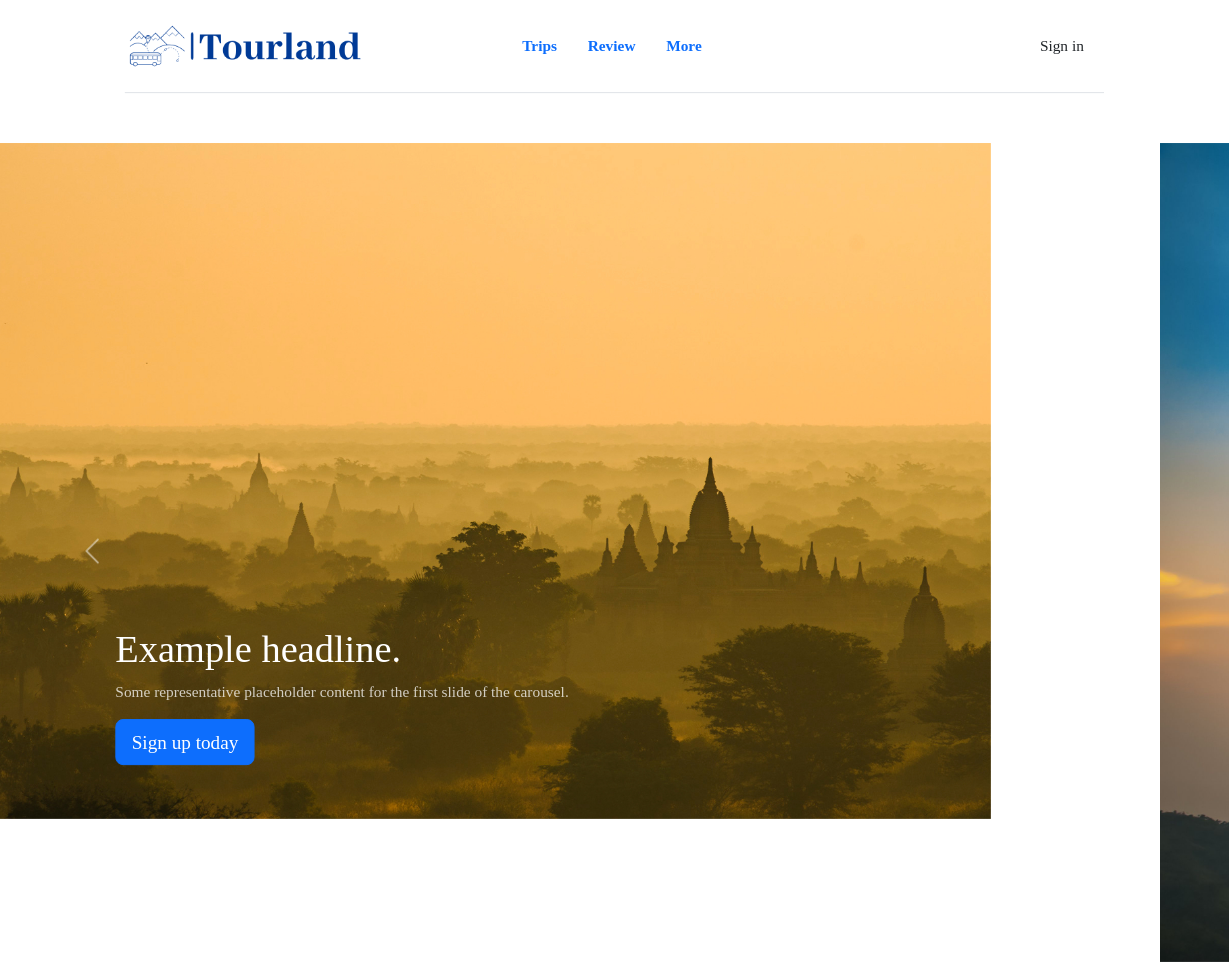
Repository: nyeinsu4520/tourland
Page: http://localhost/index
These files come from the project's save history. The page is drawn as it stood at one moment and after the next save; the edit follows.
The browser window is 1280 px wide. The pictures show the whole page, at 96% of full size.
Some web fonts or font styles are not loaded; a fallback is used. The page is this project's Thymeleaf template; nobody is signed in. The template is opened directly, without the code that normally fills it, so the values that code supplies are empty.

Above is the page before, as saved 2024-05-31 17:11:11.

After the next save:
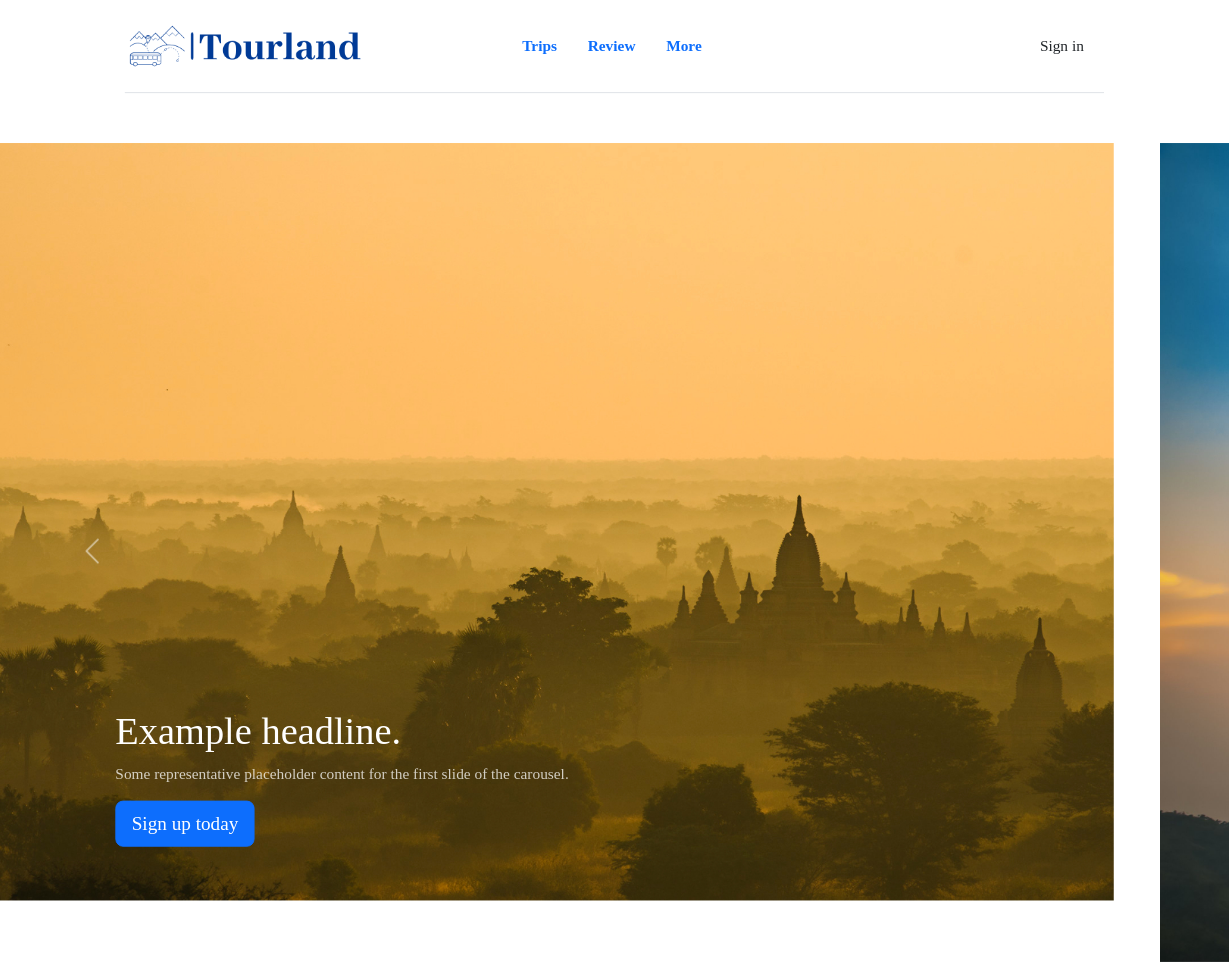
Saved 7 s later.
--- a/Tourland/src/main/resources/templates/index.html
+++ b/Tourland/src/main/resources/templates/index.html
@@ -86,7 +86,7 @@
       </div>
       <div class="carousel-inner">
         <div class="carousel-item active">
-          <img class="px-5" src="./image/img/bagan1.jpg" width="90%" >
+          <img class="px-5" src="./image/img/bagan1.jpg" width="100%" >
           <div class="container">
             <div class="carousel-caption text-start">
               <h1>Example headline.</h1>
